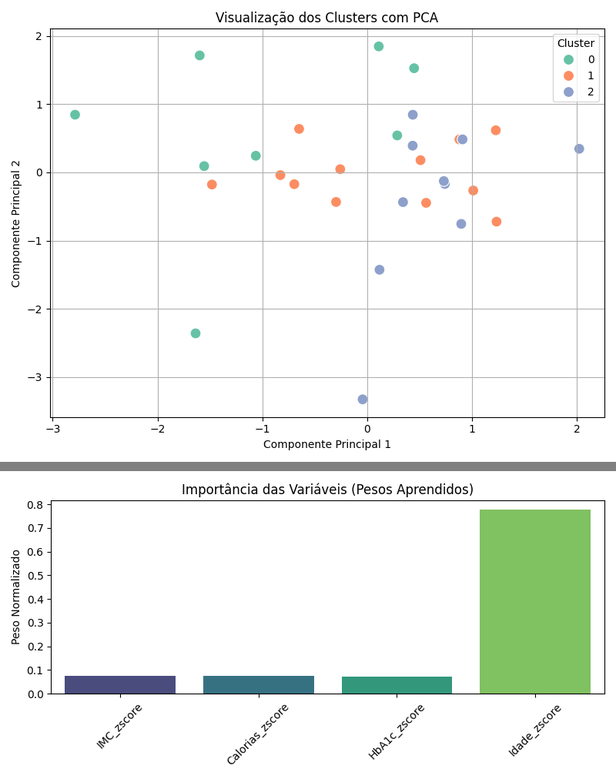
Repository: irisgorne/dashboard-clinap
Script's output: python app.py
The author's editor kept a copy of each file at every save. The script's output is drawn from the files as they stood at one save, then again after the next save.
The pictures are shown at 77% of full size.
Each picture stacks the figures in order, with grey between them; figures that are only written to a file come last. Random numbers start from a fixed seed.

Above is the script's output before, as saved 2025-07-08 16:38:47.

### app.py

# app.py

import pandas as pd
import numpy as np
import os

# Criar pasta "data" se não existir
os.makedirs("data", exist_ok=True)

# Gerar base simulada
np.random.seed(42)

df = pd.DataFrame({
    "ID": range(1, 31),
    "IMC": np.round(np.random.normal(27, 4, 30), 1),
    "Calorias": np.round(np.random.normal(2200, 500, 30), 0),
    "HbA1c": np.round(np.random.normal(6.0, 1.2, 30), 2),
    "Idade": np.random.randint(18, 70, 30),
    "Sexo": np.random.choice(["Feminino", "Masculino"], 30),
    "Região": np.random.choice(["Norte", "Sul", "Leste", "Oeste"], 30)
})

# Salvar no diretório data
df.to_csv("data/base_simulada.csv", index=False)

print("✅ Base simulada salva em data/base_simulada.csv")
from src.preprocessamento import carregar_e_preprocessar

df_processado = carregar_e_preprocessar("data/base_simulada.csv")
print(df_processado.head())
from src.clinap import aplicar_clinap

# Seleciona apenas variáveis numéricas padronizadas
variaveis = ["IMC_zscore", "Calorias_zscore", "HbA1c_zscore", "Idade_zscore"]
X = df_processado[variaveis].values

# Aplica o CLiNAP
labels, pesos = aplicar_clinap(X, k=3)

# Exibe resultados
print("\n🔎 Clusters atribuídos:", labels)
print("\n📊 Pesos aprendidos para cada variável:", dict(zip(variaveis, pesos)))
from src.visualizacoes import plotar_clusters_pca, plotar_pesos

# Visualiza clusters em 2D com PCA
plotar_clusters_pca(X, labels, variaveis)

# Visualiza os pesos aprendidos
plotar_pesos(variaveis, pesos)

### src/preprocessamento.py
# src/preprocessamento.py

import pandas as pd
from sklearn.preprocessing import StandardScaler, LabelEncoder

def carregar_e_preprocessar(caminho_csv):
    # Carrega os dados
    df = pd.read_csv(caminho_csv)

    # Codifica variáveis categóricas
    df["Sexo_cod"] = LabelEncoder().fit_transform(df["Sexo"])
    df["Região_cod"] = LabelEncoder().fit_transform(df["Região"])

    # Padroniza variáveis numéricas
    colunas_numericas = ["IMC", "Calorias", "HbA1c", "Idade"]
    scaler = StandardScaler()
    dados_padronizados = scaler.fit_transform(df[colunas_numericas])
    df_padronizado = pd.DataFrame(dados_padronizados, columns=[f"{c}_zscore" for c in colunas_numericas])

    # Junta tudo em um DataFrame final
    df_final = df_padronizado.copy()
    df_final["Sexo"] = df["Sexo_cod"]
    df_final["Região"] = df["Região_cod"]
    df_final["ID"] = df["ID"]

    return df_final

### src/clinap.py
# src/clinap.py

import numpy as np
from sklearn.cluster import KMeans

def calcular_variancia_intra_cluster(X, labels, k):
    n_features = X.shape[1]
    variancia_total = np.zeros(n_features)

    for cluster in range(k):
        pontos = X[labels == cluster]
        if len(pontos) > 0:
            variancia_total += np.var(pontos, axis=0)
    return variancia_total

def aprender_pesos(X, labels, k):
    variancia = calcular_variancia_intra_cluster(X, labels, k)
    pesos = 1 / (variancia + 1e-6)  # Para evitar divisão por zero
    pesos = pesos / np.sum(pesos)  # Normaliza para somar 1
    return pesos

def aplicar_clinap(X, k=3, max_iter=10):
    # Inicializa com pesos iguais
    pesos = np.ones(X.shape[1]) / X.shape[1]

    for i in range(max_iter):
        # Aplica pesos nas variáveis
        X_ponderado = X * pesos

        # Aplica KMeans
        modelo = KMeans(n_clusters=k, random_state=42)
        labels = modelo.fit_predict(X_ponderado)

        # Atualiza os pesos
        novos_pesos = aprender_pesos(X, labels, k)

        # Convergência (opcional)
        if np.allclose(novos_pesos, pesos):
            break

        pesos = novos_pesos

    return labels, pesos

### src/visualizacoes.py
# src/visualizacoes.py

import matplotlib
matplotlib.use('Agg')  # Evita problemas com ambientes sem interface gráfica

import matplotlib.pyplot as plt
import seaborn as sns
from sklearn.decomposition import PCA
import pandas as pd
import numpy as np

def plotar_clusters_pca(X, labels, variaveis):
    pca = PCA(n_components=2)
    componentes = pca.fit_transform(X)

    df_plot = pd.DataFrame(componentes, columns=["PC1", "PC2"])
    df_plot["Cluster"] = labels

    plt.figure(figsize=(8, 6))
    sns.scatterplot(data=df_plot, x="PC1", y="PC2", hue="Cluster", palette="Set2", s=100)
    plt.title("Visualização dos Clusters com PCA")
    plt.xlabel("Componente Principal 1")
    plt.ylabel("Componente Principal 2")
    plt.legend(title="Cluster")
    plt.grid(True)
    plt.tight_layout()
    plt.savefig("outputs/cluster_pca.png")  # ✅ Salva o gráfico como imagem
    plt.close()

def plotar_pesos(variaveis, pesos):
    plt.figure(figsize=(8, 4))
    sns.barplot(x=variaveis, y=pesos, palette="viridis")
    plt.title("Importância das Variáveis (Pesos Aprendidos)")
    plt.ylabel("Peso Normalizado")
    plt.xticks(rotation=45)
    plt.tight_layout()
    plt.savefig("outputs/pesos_variaveis.png")  # ✅ Salva o gráfico como imagem
    plt.close()

After the next save:
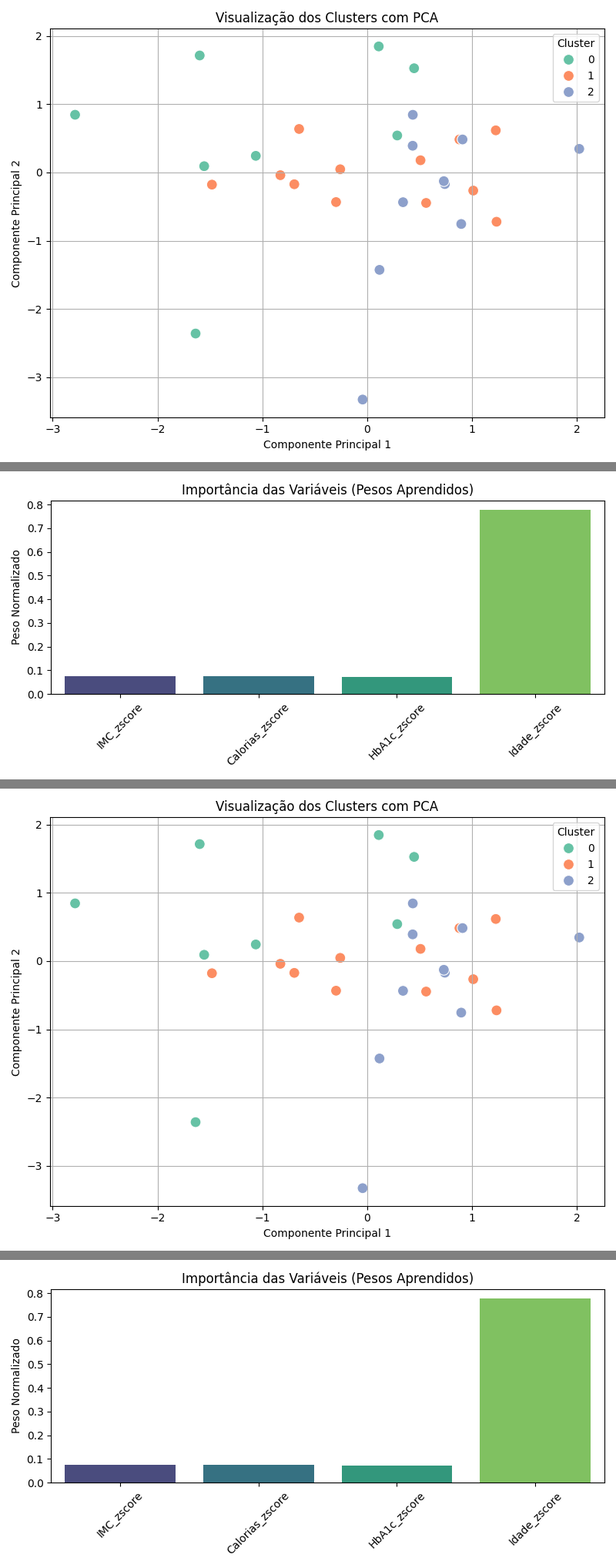
Saved 8 min 54 s later.
--- a/app.py
+++ b/app.py
@@ -48,3 +48,12 @@ plotar_clusters_pca(X, labels, variaveis)
 
 # Visualiza os pesos aprendidos
 plotar_pesos(variaveis, pesos)
+
+print("Salvando os gráficos...")
+
+# Salva os gráficos
+from src.visualizacoes import plotar_clusters_pca, plotar_pesos
+plotar_clusters_pca(X, labels, variaveis)
+plotar_pesos(variaveis, pesos)
+
+print("Gráficos salvos em /outputs.")
